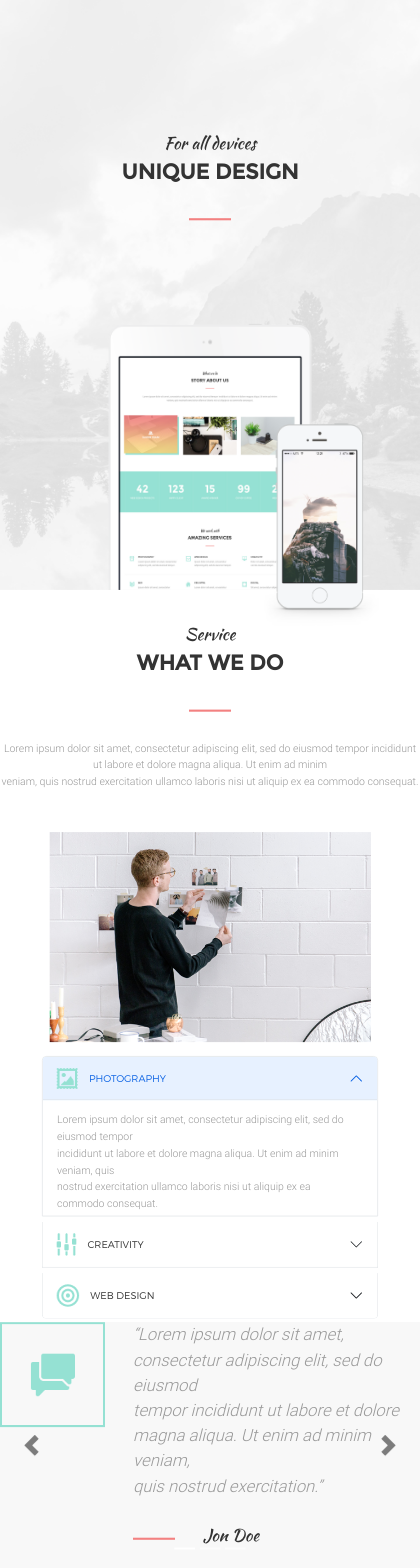
Repository: RaffiBarseghyan/mogo
Page: /
These files come from the project's save history. The page is drawn as it stood at one moment and after a run of saves; the edit follows.
The browser window is 600 px wide. The pictures show the part of the page from y = 4024 to 6264 px (the page is 6264 px tall before and 6203 px after), at 70% of full size.
The project was rebuilt for these pictures with package versions that can differ from the ones it lists, and the page was loaded fresh each time.

Above is the page before, as saved 2023-05-11 23:03:00.

### src/App.jsx
import "./App.css";
import "bootstrap/dist/css/bootstrap.min.css";
import "bootstrap/dist/js/bootstrap.bundle";
import Header from "./Pages/Header/header";
import AboutUs from "./Pages/AboutUs/aboutUs";
import WorkWith from "./Pages/WorkWith/workWith";
import AllDevice from "./Pages/AllDevice/allDevice";
import Service from "./Pages/ServicePage/service";

function App() {
  return (
    <div className="App">
      <Header />
      <AboutUs />
      <WorkWith />
      <AllDevice />
      <Service />
    </div>
  );
}

export default App;

### src/Pages/Header/header.jsx
import style from "./header.module.scss";
import glass from "../../Assets/Images/GLASS.png";
import cart from "../../Assets/Images/CART.png";

function Header() {
  return (
    <>
      <div className={style.big_header}>
        <div className={style.header}>
          <nav className="navbar navbar-expand-lg bg-body-tertiary">
            <div className="container-fluid">
              <a className={`${style.logo} navbar-brand me-5`} href="#">
                MoGo
              </a>
              <button
                className="navbar-toggler"
                type="button"
                data-bs-toggle="collapse"
                data-bs-target="#navbarNav"
                aria-controls="navbarNav"
                aria-expanded="false"
                aria-label="Toggle navigation"
              >
                <span className="navbar-toggler-icon"></span>
              </button>
              <div
                className={`${style.menu} collapse navbar-collapse`}
                id="navbarNav"
              >
                <ul className={`navbar-nav`}>
                  <li className="nav-item">About</li>
                  <li className="nav-item">service</li>
                  <li className="nav-item">work</li>
                  <li className="nav-item">blog</li>
                  <li className="nav-item">contact</li>
                  <img src={cart} alt="" />
                  <img src={glass} alt="" />
                </ul>
              </div>
            </div>
          </nav>
        </div>

        <div className={style.header_text}>
          <h1>Creative Template</h1>
          <h2>
            Welcome <br /> to MoGo
          </h2>
          <div className={style.border_box}>
            <div className={style.border}></div>
          </div>

          <div className={style.btn_box}>
            <button className={style.btn}>Learn More</button>
          </div>

          <div className={style.big_border_box_1}>
            <div className={style.div}>
              <div className={style.b_box1}>
                <div className={style.red}></div>
                <div className={style.white}></div>
              </div>
              <p className={style.b_p}>01 intro</p>
            </div>

            <div className={style.div}>
              <div className={style.b_box1}>
                <div className={style.white_s}></div>
                <div className={style.white}></div>
              </div>
              <p className={style.b_p}>02 work</p>
            </div>

            <div className={style.div}>
              <div className={style.b_box1}>
                <div className={style.white_s}></div>
                <div className={style.white}></div>
              </div>
              <p className={style.b_p}>03 About</p>
            </div>

            <div className={style.div}>
              <div className={style.b_box1}>
                <div className={style.white_s}></div>
                <div className={style.white}></div>
              </div>
              <p className={style.b_p}>04 Contacts</p>
            </div>
          </div>
        </div>
      </div>
    </>
  );
}

export default Header;

### src/Pages/AboutUs/aboutUs.jsx
import style from "./aboutUs.module.scss";
import aboutUs1 from "../../Assets/Images/aboutUs1.png";
import aboutUs2 from "../../Assets/Images/aboutUs2.png";
import aboutUs3 from "../../Assets/Images/aboutUs3.png";
import user from "../../Assets/Images/USERS.png";

function AboutUs() {
  return (
    <>
      <div className={style.aboutUs}>
        <h3>What we do</h3>
        <h2>Story about us</h2>
        <div className={style.line}></div>
        <p>
          Lorem ipsum dolor sit amet, consectetur adipiscing elit, sed do
          eiusmod tempor incididunt ut labore et dolore magna aliqua. Ut enim ad
          minim <br />
          veniam, quis nostrud exercitation ullamco laboris nisi ut aliquip ex
          ea commodo consequat.
        </p>
        <div className="d-flex justify-content-center flex-wrap ">
          <div className={style.imgDiv}>
            <img src={user} alt="" className={style.user} />
            <p>SUPER TEAM</p>
            <img src={aboutUs1} alt="" className={style.aboutImg} />
          </div>
          <div className={style.imgDiv}>
            <img src={user} alt="" className={style.user} />
            <p>SUPER TEAM</p>
            <img src={aboutUs2} alt="" className={style.aboutImg} />
          </div>
          <div className={style.imgDiv}>
            <img src={user} alt="" className={style.user} />
            <p>SUPER TEAM</p>
            <img src={aboutUs3} alt="" className={style.aboutImg} />
          </div>
        </div>
      </div>

      <div
        className={`${style.aboutUsFooter} d-flex justify-content-center align-items-center flex-wrap`}
      >
        <div className={style.first_line}>
          <h2>42</h2>
          <p>Web Design Projects</p>
        </div>
        <div>
          <h2>123</h2>
          <p>happy client</p>
        </div>
        <div>
          <h2>15</h2>
          <p>award winner</p>
        </div>
        <div>
          <h2>99</h2>
          <p>cup of coffee</p>
        </div>
        <div>
          <h2>24</h2>
          <p>members</p>
        </div>
      </div>
    </>
  );
}

export default AboutUs;

### src/Pages/WorkWith/workWith.jsx
import style from "./workWith.module.scss";
import ALARM from "../../Assets/Images/ALARM.png";
import LINEGRAPH from "../../Assets/Images/LINEGRAPH.png";
import COMPUTER_OK from "../../Assets/Images/COMPUTER_OK.png";
import BOOK from "../../Assets/Images/BOOK.png";
import HOME from "../../Assets/Images/HOME.png";
import IMAGE from "../../Assets/Images/IMAGE.png";

function WorkWith() {
  return (
    <>
      <div className={style.workWith}>
        <h3>We work with</h3>
        <h2>Amazing Services</h2>
        <div className={style.line}></div>

        <div
          className={`${style.workWithFooter} d-flex flex-wrap justify-content-center container`}
        >
          <div className={`d-flex ${style.box1}`}>
            <div>
              <img src={ALARM} alt="" />
            </div>
            <div>
              <h2>Photography</h2>
              <p>
                Lorem ipsum dolor sit amet, consectetur <br />
                adipiscing elit, sed do eiusmod tempor.
              </p>
            </div>
          </div>
          <div className={`d-flex ${style.box2}`}>
            <div>
              <img src={LINEGRAPH} alt="" />
            </div>
            <div>
              <h2>Web Design</h2>
              <p>
                Ipsum dolor sit amet, consectetur <br />
                adipiscing elit, sed do eiusmod tempor.
              </p>
            </div>
          </div>
          <div className={`d-flex ${style.box3}`}>
            <div>
              <img src={COMPUTER_OK} alt="" />
            </div>
            <div>
              <h2>Creativity</h2>
              <p>
                Dolor sit amet, consectetur adipiscing elit, <br />
                sed do eiusmod tempor.
              </p>
            </div>
          </div>
          <div className={`d-flex ${style.box4}`}>
            <div>
              <img src={BOOK} alt="" />
            </div>
            <div>
              <h2>seo</h2>
              <p>
                Ipsum dolor sit amet, consectetur <br />
                adipiscing elit, sed do eiusmod.
              </p>
            </div>
          </div>
          <div className={`d-flex ${style.box5}`}>
            <div>
              <img src={HOME} alt="" />
            </div>
            <div>
              <h2>Css/Html</h2>
              <p>
                Lorem dolor sit amet, consectetur <br />
                adipiscing elit, sed do tempor.
              </p>
            </div>
          </div>
          <div className={`d-flex ${style.box6}`}>
            <div>
              <img src={IMAGE} alt="" />
            </div>
            <div>
              <h2>digital</h2>
              <p>
                Sit amet, consectetur adipiscing elit, sed do <br />
                eiusmod tempor.
              </p>
            </div>
          </div>
        </div>
      </div>
    </>
  );
}

export default WorkWith;

### src/Pages/AllDevice/allDevice.jsx
import style from "./allDevice.module.scss";
import ipad from "../../Assets/Images/ipad.png";
import iphone from "../../Assets/Images/iphone.png";

function AllDevice() {
  return (
    <>
      <div className={`${style.allDevice}`}>
        <div className={style.allDeviceBg}>
          <h3>For all devices</h3>
          <h2>Unique design</h2>
          <div className={style.line}></div>
          <img src={ipad} alt="" className={style.ipad}/>
          <img src={iphone} alt="" className={style.iphone} />
        </div>
      </div>
    </>
  );
}

export default AllDevice;

### src/Pages/Header/header.module.scss
@font-face {
  font-family: Montserrat;
  src: url("../../Assets/Fonts/montserrat/Montserrat-Light.otf")
    format("truetype");
}

@font-face {
  font-family: Montserrat_bold;
  src: url("../../Assets/Fonts/montserrat/Montserrat-ExtraBold.otf")
    format("truetype");
}

@font-face {
  font-family: kaushan;
  src: url("../../Assets/Fonts/kaushan-script/kaushan-script.kaushanscript-regular.otf")
    format("truetype");
}

* {
  margin: 0;
  padding: 0;
  box-sizing: border-box;
}

/* Header */

.logo {
  font-size: 30px;
  color: #ffffff !important;
  font-weight: 700;
  font-family: "Montserrat_bold";
}

.logo:hover {
  color: #ffffff !important;
}

.big_header {
  width: 100%;
  min-height: 800px;
  background-image: url("../../Assets/Images/background-image-big-box-header.png");
  background-position: center;
  background-size: cover;
  background-repeat: no-repeat;
}

.header {
  width: 100%;
  min-height: 100px;
  display: flex;
  justify-content: space-around;
  align-items: center;
}

.menu > ul {
  margin-left: 150px;
}

.menu > ul > li {
  font-size: 14px;
  font-family: "Montserrat";
  color: rgb(255, 255, 255);
  text-transform: uppercase;
  list-style: none;
  margin-left: 55px;
  transition: 0.1s;
}

.menu > ul > li:hover {
  color: #fce38a;
  border-bottom: 2px solid #fce38a;
  cursor: pointer;
  transition: 0.1s;
}

.menu > ul > img {
  margin-left: 40px;
  cursor: pointer;
  width: 15%;
  aspect-ratio: 3/2;
  object-fit: contain;
}

/* Header_text */

.header_text {
  margin-top: 50px;
}

.header_text > h1 {
  text-align: center;
  font-family: kaushan;
  font-size: 60px;
  color: rgb(255, 255, 255);
  line-height: 1.2;
}

.header_text > h2 {
  text-align: center;
  font-family: sans-serif;
  font-size: 120px;
  color: rgb(255, 255, 255);
  font-weight: bold;
  text-transform: uppercase;
  line-height: 0.933;
  margin-top: 30px;
}

.border {
  width: 60px;
  height: 4px;
  background-color: #ffffff;
}

.border_box {
  display: flex;
  justify-content: center;
  margin: 50px 0;
}

.btn {
  border-style: solid;
  border-width: 3px;
  border-color: rgb(255, 255, 255);
  background-color: rgba(0, 0, 0, 0);
  width: 164px;
  height: 44px;
  font-size: 14px;
  font-family: sans-serif;
  color: rgb(255, 255, 255);
  font-weight: bold;
  text-transform: uppercase;
}

.btn_box {
  display: flex;
  justify-content: center;
  button {
    transition: 0.5s;
  }
}

.btn_box > button:hover {
  cursor: pointer;
  border-radius: 10px;
  transition: 0.5s;
}

/* Borders */

.red {
  width: 70px;
  height: 4px;
  background-color: #f38181;
}

.white_s {
  width: 70px;
  height: 4px;
  background-color: #ffffff;
}

.white {
  width: 210px;
  height: 4px;
  background-color: white;
}

.b_box1 {
  display: flex;
}

.b_p {
  margin-top: 8px;
  font-size: 24px;
  font-family: sans-serif;
  color: rgb(255, 255, 255);
  font-weight: bold;
  text-transform: uppercase;
  text-align: left;
}

.big_border_box_1 {
  margin-top: 120px;
  display: flex;
  justify-content: space-around;
  flex-wrap: wrap;
}

@media only screen and (max-width: 992.2px) {
  .menu > ul {
    display: flex;
    justify-content: center;
    align-items: center;
  }
  .menu > ul > img {
    width: 12%;
    aspect-ratio: 3/2;
    object-fit: contain;
  }
  .header_text > h2 {
    font-size: 80px;
  }
}

### src/Pages/AboutUs/aboutUs.module.scss
@font-face {
  font-family: Montserrat;
  src: url("../../Assets/Fonts/montserrat/Montserrat-Light.otf")
    format("truetype");
}

@font-face {
  font-family: Montserrat_mid;
  src: url("../../Assets/Fonts/montserrat/Montserrat-Regular.ttf")
    format("truetype");
}

@font-face {
  font-family: Montserrat_bold;
  src: url("../../Assets/Fonts/montserrat/Montserrat-ExtraBold.otf")
    format("truetype");
}

@font-face {
  font-family: kaushan;
  src: url("../../Assets/Fonts/kaushan-script/kaushan-script.kaushanscript-regular.otf")
    format("truetype");
}

@font-face {
  font-family: Roboto;
  src: url("../../Assets/Fonts/robotofont/Roboto-Light.ttf") format("truetype");
}

.aboutUs {
  min-height: 750px;
  display: flex;
  flex-direction: column;
  align-items: center;
  justify-content: center;
  h3 {
    font-size: 24px;
    color: #333333;
    font-weight: 400;
    font-family: "kaushan";
    text-align: center;
  }
  h2 {
    font-size: 30px;
    text-transform: uppercase;
    color: #333333;
    font-weight: 700;
    font-family: "Montserrat_mid";
    text-align: center;
  }
  p {
    font-size: 15px;
    line-height: 24px;
    color: #999999;
    font-weight: 400;
    font-family: "Roboto";
    text-align: center;
    margin-bottom: 60px;
  }
  .line {
    width: 60px;
    height: 3px;
    background-color: #f38181;
    margin: 40px;
  }
  img {
    width: 380px;
    height: 250px;
    aspect-ratio: 3/2;
    object-fit: cover;
  }

  .imgDiv {
    width: 380px;
    height: 250px;
    margin: 20px;
    transition: 0.5s;
    display: flex;
    flex-direction: column;
    justify-content: center;
    align-items: center;
    p {
      font-size: 18px;
      text-transform: uppercase;
      color: #ffffff;
      font-weight: 700;
      font-family: "Montserrat";
      text-align: center;
      display: none;
      position: absolute;
      margin-top: 80px;
    }
    .user {
      width: 32px;
      height: 23px;
      display: none;
      position: absolute;
      margin-bottom: 30px;
    }
  }

  .imgDiv:hover {
    transition: 0.5s;
    box-shadow: 10px 10px 0px 0px rgba(149, 225, 211, 1);
    -webkit-box-shadow: 10px 10px 0px 0px rgba(149, 225, 211, 1);
    -moz-box-shadow: 10px 10px 0px 0px rgba(149, 225, 211, 1);
    cursor: pointer;
    p,
    .user {
      display: block;
    }
    background: rgb(226, 204, 123);
    background: linear-gradient(
      0deg,
      rgba(226, 204, 123, 1) 0%,
      rgba(219, 116, 116, 1) 53%
    );

    .aboutImg {
      opacity: 0.2;
    }
  }
}

.aboutUsFooter {
  min-height: 270px;
  background-color: #95e1d3;
  h2 {
    font-size: 72px;
    text-transform: uppercase;
    color: #ffffff;
    font-weight: 700;
    font-family: "Montserrat_bold";
    text-align: center;
  }
  p {
    font-size: 14px;
    text-transform: uppercase;
    color: #ffffff;
    font-weight: 400;
    font-family: "Montserrat";
    text-align: center;
  }
  div {
    width: 240px;
    height: 270px;
    border-right: 1px solid #ffffff;
    border-left: 1px solid #ffffff;

    display: flex;
    flex-direction: column;
    justify-content: center;
  }
}

### src/Pages/WorkWith/workWith.module.scss
@font-face {
  font-family: Montserrat;
  src: url("../../Assets/Fonts/montserrat/Montserrat-Light.otf")
    format("truetype");
}

@font-face {
  font-family: Montserrat_mid;
  src: url("../../Assets/Fonts/montserrat/Montserrat-Regular.ttf")
    format("truetype");
}

@font-face {
  font-family: Montserrat_bold;
  src: url("../../Assets/Fonts/montserrat/Montserrat-ExtraBold.otf")
    format("truetype");
}

@font-face {
  font-family: kaushan;
  src: url("../../Assets/Fonts/kaushan-script/kaushan-script.kaushanscript-regular.otf")
    format("truetype");
}

.workWith {
  min-height: 750px;
  display: flex;
  flex-direction: column;
  align-items: center;
  justify-content: center;
  h3 {
    font-size: 24px;
    color: #333333;
    font-weight: 400;
    font-family: "kaushan";
    text-align: center;
  }
  h2 {
    font-size: 30px;
    text-transform: uppercase;
    color: #333333;
    font-weight: 700;
    font-family: "Montserrat_mid";
    text-align: center;
  }
  .line {
    width: 60px;
    height: 3px;
    background-color: #f38181;
    margin: 40px;
  }
}

.workWithFooter {
  > div {
    width: 400px;
    margin-top: 90px;
  }
  h2 {
    font-size: 14px;
    text-transform: uppercase;
    color: #333333;
    font-weight: 400;
    font-family: "Montserrat";
    text-align: start;
  }
  p {
    font-size: 15px;
    line-height: 24px;
    color: #999999;
    font-weight: 400;
    font-family: "Roboto";
    text-align: start;
  }
  img {
    margin-right: 30px;
  }
}

.box1,
.box2,
.box3 {
  border-bottom: 1px solid #e5e5e5;
}

@media only screen and (max-width: 1399.2px) {
  .box1,
  .box2,
  .box3,
  .box4 {
    border-bottom: 1px solid #e5e5e5;
  }
}

@media only screen and (max-width: 991.2px) {
  .box1,
  .box2,
  .box3,
  .box4,
  .box5 {
    border-bottom: 1px solid #e5e5e5;
  }
}

### src/Pages/AllDevice/allDevice.module.scss
@font-face {
  font-family: Montserrat;
  src: url("../../Assets/Fonts/montserrat/Montserrat-Light.otf")
    format("truetype");
}

@font-face {
  font-family: Montserrat_mid;
  src: url("../../Assets/Fonts/montserrat/Montserrat-Regular.ttf")
    format("truetype");
}

@font-face {
  font-family: Montserrat_bold;
  src: url("../../Assets/Fonts/montserrat/Montserrat-ExtraBold.otf")
    format("truetype");
}

@font-face {
  font-family: kaushan;
  src: url("../../Assets/Fonts/kaushan-script/kaushan-script.kaushanscript-regular.otf")
    format("truetype");
}

.allDevice {
  min-height: 900px;

  h3 {
    font-size: 24px;
    color: #333333;
    font-weight: 400;
    font-family: "kaushan";
    text-align: center;
  }
  h2 {
    font-size: 30px;
    text-transform: uppercase;
    color: #333333;
    font-weight: 700;
    font-family: "Montserrat_mid";
    text-align: center;
  }
  .line {
    width: 60px;
    height: 3px;
    background-color: #f38181;
    margin: 40px;
  }
  .allDeviceBg {
    width: 100%;
    min-height: 850px;
    background-image: url("../../Assets/Images/allDeviceBg.png");
    background-position: center;
    background-size: cover;
    background-repeat: no-repeat;

    display: flex;
    flex-direction: column;
    align-items: center;
    justify-content: center;
  }
}

.ipad {
  position: absolute;
  margin-top: 268px;
}

.iphone {
  position: relative;
  top: 194px;
  left: 257px;
}

@media only screen and (max-width: 992.2px) {
  .ipad {
    width: 378px;
    height: 480px;
    margin-top: 370px;
  }
  .iphone {
    width: 200px;
    height: 360px;
    top: 225px;
    left: 217px;
  }
}

@media only screen and (max-width: 650.2px) {
  .ipad {
    width: 290px;
    height: 380px;
    margin-top: 470px;
  }
  .iphone {
    width: 165px;
    height: 290px;
    top: 250px;
    left: 159px;
  }
}

### src/Pages/ServicePage/service.module.scss
@font-face {
  font-family: Montserrat;
  src: url("../../Assets/Fonts/montserrat/Montserrat-Light.otf")
    format("truetype");
}

@font-face {
  font-family: Montserrat_mid;
  src: url("../../Assets/Fonts/montserrat/Montserrat-Regular.ttf")
    format("truetype");
}

@font-face {
  font-family: Montserrat_bold;
  src: url("../../Assets/Fonts/montserrat/Montserrat-ExtraBold.otf")
    format("truetype");
}

@font-face {
  font-family: kaushan;
  src: url("../../Assets/Fonts/kaushan-script/kaushan-script.kaushanscript-regular.otf")
    format("truetype");
}
@font-face {
  font-family: Roboto;
  src: url("../../Assets/Fonts/robotofont/Roboto-Light.ttf") format("truetype");
}

.Service {
  min-height: 750px;
  display: flex;
  flex-direction: column;
  align-items: center;
  justify-content: center;
  h3 {
    font-size: 24px;
    color: #333333;
    font-weight: 400;
    font-family: "kaushan";
    text-align: center;
  }
  h2 {
    font-size: 30px;
    text-transform: uppercase;
    color: #333333;
    font-weight: 700;
    font-family: "Montserrat_mid";
    text-align: center;
  }
  p {
    font-size: 15px;
    line-height: 24px;
    color: #999999;
    font-weight: 400;
    font-family: "Roboto";
    text-align: center;
    margin-bottom: 60px;
  }
}
.line {
  width: 60px;
  height: 3px;
  background-color: #f38181;
  margin: 40px;
}
.acordeon {
  width: 600px;
  height: 380px;
  button {
    font-size: 14px;
    text-transform: uppercase;
    color: #333333;
    font-weight: 400;
    font-family: "Montserrat";
  }
  .acordeonBody {
    width: 590px;
    height: 165px;
    font-size: 15px;
    line-height: 24px;
    color: #999999;
    font-weight: 300;
    font-family: "Roboto";
    text-align: start;
    overflow: auto;
  }
  ::-webkit-scrollbar {
    width: 5px;
  }

  /* Track */
  ::-webkit-scrollbar-track {
    box-shadow: inset 0 0 5px #f5f5f5;
    border-radius: 10px;
  }

  /* Handle */
  ::-webkit-scrollbar-thumb {
    background-color: #95e1d3;
    border-radius: 10px;
  }

  /* Handle on hover */
  ::-webkit-scrollbar-thumb:hover {
    background-color: #7fc0b4;
  }
}

.serviceFooter {
  min-height: 290px;
  background-color: #f8f8f8;
  display: flex;
  align-items: center;
  justify-content: center;
  > div {
    width: 1300px;
  }
  p {
    font-size: 24px;
    line-height: 36px;
    color: #999999;
    font-weight: 300;
    font-style: italic;
    font-family: "Roboto";
    text-align: start;
    margin-left: 40px;
  }
  h2 {
    font-size: 24px;
    color: #333333;
    font-weight: 400;
    font-family: "kaushan";
  }
}

.prev {
  width: 30px;
  height: 30px;
  background-image: url("data:[embedded picture, 192 characters]");
}

.next {
  width: 30px;
  height: 30px;
  background-image: url("data:[embedded picture, 193 characters]");
}

@media only screen and (max-width: 650.2px) {
  .acordeon {
    width: 480px;
    margin-top: 20px;
  }
  .acordeonBody {
    max-width: 470px;
  }
  .Service > div > img {
    width: 459px;
    height: 300px;
  }
  .serviceFooter{}
}

Loaded but not shown: public/index.html (common file); src/index.js (common file); src/index.css (common file); src/reportWebVitals.js (common file); src/App.css (common file); src/Pages/ServicePage/service.jsx (248 lines, source omitted)

After the next 3 saves:
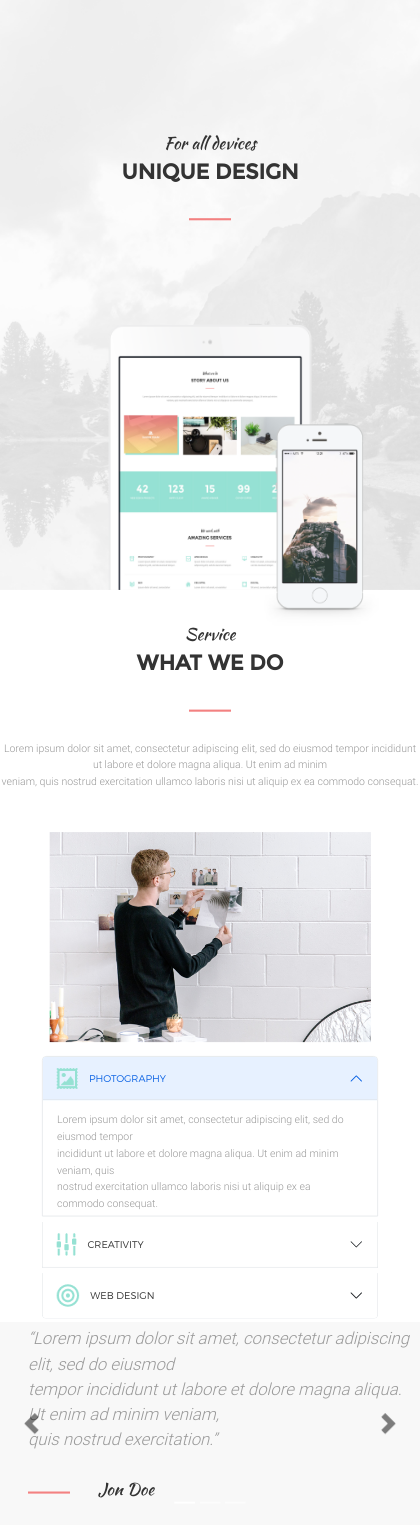
The 3 saves are shown as one change because they came seconds apart.
The last was saved 8 s later.
--- a/src/Pages/ServicePage/service.module.scss
+++ b/src/Pages/ServicePage/service.module.scss
@@ -157,5 +157,9 @@
     width: 459px;
     height: 300px;
   }
-  .serviceFooter{}
+  .serviceFooter{
+    img{
+        display: none;
+    }
+  }
 }
